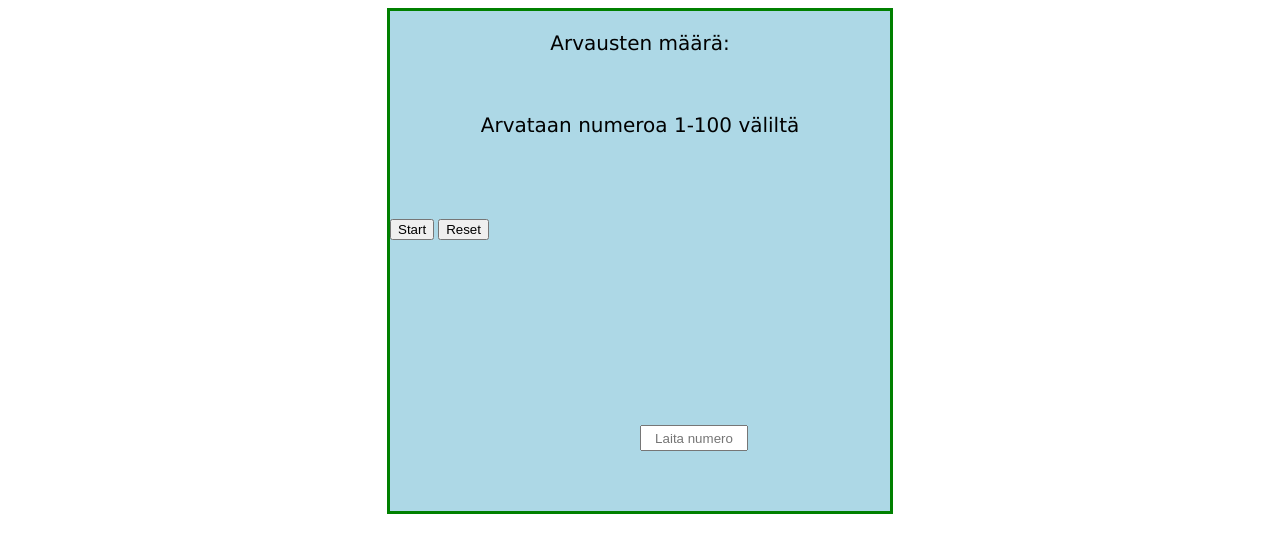
Repository: VadimZubchenko/numeronarvouspeli_JS
Page: public/index.html
These files come from the project's save history. The page is drawn as it stood at one moment and after the next save; the edit follows.
The browser window is 1280 px wide. The pictures show the whole page.

Above is the page before, as saved 2022-04-26 08:14:02.

### public/index.html
<!DOCTYPE html>
<html lang="en">
<head>
  <meta charset="UTF-8">
  <meta http-equiv="X-UA-Compatible" content="IE=edge">
  <meta name="viewport" content="width=device-width, initial-scale=1.0">
  <title>Numeroarvouspeli</title>
  <script src="script.js"></script>
  <link rel="stylesheet" href="mystyle.css">
</head>
<body>
  <div>
    <p id="maara" >Arvausten määrä: </p>
    <br>
    <p id="message" value="0"> Arvataan numeroa 1-100 väliltä </p>
    <br>
    <input type="text" id="numero" name="numero" onfocus="this.value='' "placeholder="Laita numero">
    <br>
    <br>
    <button id="startGame" onclick="startGame()">Start</button>
    <button id="resetGame" onclick="resetGame()">Reset</button>

  </div>
</body>
</html>

### public/script.js
var running = 0;

let lastMin = 0;
let lastMax = 101;
let kpl = 0;

let arvo = Math.floor(Math.random() * 100);
console.log("Arvo :" + arvo);

function startGame() {
  let text = document.getElementById("message");
  text.style.color = "";
  document.body.style.backgroundColor = "";
  let clientArvo = document.getElementById("numero").value;
  //tarkistetaan syöty arvo onko numerollinen. jos on, sitten 'false'
  let checkNaN = isNaN(clientArvo);

  console.log("clientArvo: " + clientArvo);
  console.log("ei ole numero: " + checkNaN);

  if (lastMin < clientArvo && clientArvo < lastMax && !checkNaN) {
    if (clientArvo < arvo) {
      lastMin = clientArvo;
      document.getElementById("message").innerHTML =
        "Valitse luku suurempi kuin: " + clientArvo + ". <br>Yritä uudelleen!";
      kpl++;
    }
    if (clientArvo > arvo) {
      lastMax = clientArvo;
      document.getElementById("message").innerHTML =
        "Valitse luku pienempi kuin: " + clientArvo + ". <br>Yritä uudelleen!";
      kpl++;
    }
    if (clientArvo == arvo) {
      document.getElementById("message").innerHTML =
        "Arvosit oikein! Se oli " + arvo + ".";

      text.style.color = "red";
      document.body.style.backgroundColor = "yellow";
    }
  } else {
    document.getElementById("message").innerHTML =
      "Ups! Jotain meni pielen. <br>Syötä numerollinen arvo, joka suurempi kuin " +
      lastMin +
      " ja pienempi kuin : " +
      lastMax;
    text.style.color = "red";
    document.body.style.backgroundColor = "pink";
  }
  document.getElementById("maara").innerHTML = "Arvausten määrä: " + kpl;
  console.log("min:" + lastMin);
  console.log("max: :" + lastMax);
}

function resetGame() {
  clientArvo = 0;
  arvo = 0;
  lastMin = 0;
  lastMax = 101;
  kpl = 0;
  document.getElementById("numero").value = "";
  document.getElementById("maara").innerHTML = "Arvausten määrä: " + kpl;
  message = document.getElementById("message");
  document.getElementById("message").innerHTML = "Arva numero 1-100 väliltä";
  document.body.style.backgroundColor = "";
  message.style.color = "";
}

### public/mystyle.css



div{
  height: 500px;
  width: 500px;
  margin: auto;
  border: 3px solid green;
  background-color: lightblue;
}
input {
  height: 20px;
  width: 100px;
  color: black;
  text-align: center;
  position:relative;
  top: 50%;
  left: 50%;
}

p {
  font-family: verdana;
  font-size: 20px;
  color: black;
  text-align: center;
}

After the next save:
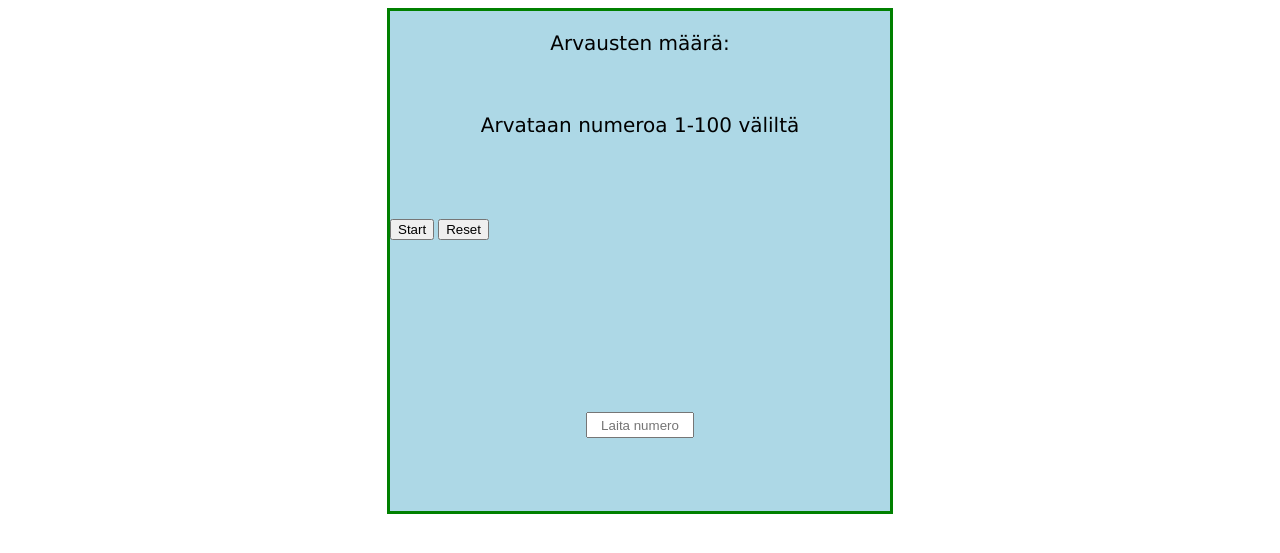
Saved 80 s later.
--- a/public/mystyle.css
+++ b/public/mystyle.css
@@ -16,6 +16,8 @@ input {
   position:relative;
   top: 50%;
   left: 50%;
+  -ms-transform: translate(-50%, -50%);
+  transform: translate(-50%, -50%);
 }
 
 p {
